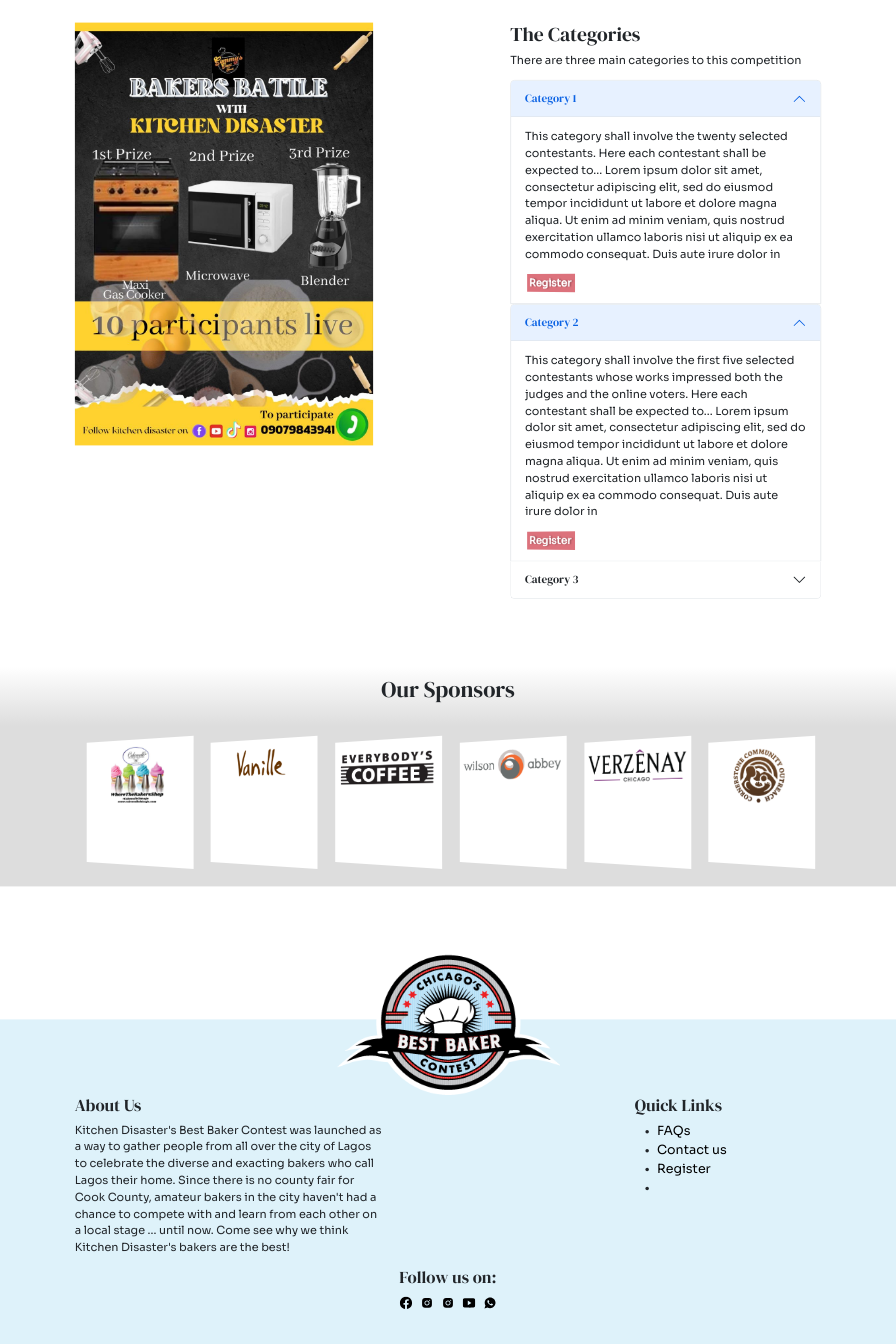
Repository: sarahnnanyelugo/bakers-battle
Page: /
These files come from the project's save history. The page is drawn as it stood at one moment and after the next save; the edit follows.
The browser window is 1280 px wide. The pictures show the part of the page from y = 2076 to 3996 px (the page is 3996 px tall), at 70% of full size.
The project was rebuilt for these pictures with package versions that can differ from the ones it lists, and the page was loaded fresh each time. Also part of the build but not shown: src/components/ScreenSlide/slide.scss, src/components/ScreenSlide/ScreenSlide.js.

Above is the page before, as saved 2024-07-09 20:56:10.

### src/App.js
import logo from "./logo.svg";
import "./App.scss";
import "bootstrap/dist/css/bootstrap.min.css";
import { BrowserRouter, Routes, Route, Link, Outlet } from "react-router-dom";
import { Home } from "./pages/Home/Home";
import { Navbar } from "./components/Navbar/Navbar";
import { Footer } from "./components/Footer/Footer";
function App() {
  return (
    <>
      <Navbar />
      <Routes>
        <Route path="/" element={<Home />} />{" "}
      </Routes>
      <Footer />
    </>
  );
}

export default App;

### src/App.scss
.app-btn {
  color: #fff;
  background: #dc727c;
  padding: 5px 30px;
  border-radius: 10px;
  border: solid 4px #dc727c;
  font-size: 30px;
  &:hover {
    color: #dc727c;
    background: #fff;
    transition: 0.5s ease;
  }
}

.button-92 {
  --c: #fff;

  background: linear-gradient(90deg, #0000 33%, #fff5, #0000 67%)
      var(--_p, 100%) / 300% no-repeat,
    #dc727c;

  color: #0000;
  border: none;
  transform: perspective(500px) rotateY(calc(20deg * var(--_i, -1)));
  text-shadow: calc(var(--_i, -1) * 0.08em) -0.01em 0 var(--c),
    calc(var(--_i, -1) * -0.08em) 0.01em 2px #0004;
  outline-offset: 0.1em;
  transition: 0.3s;
}

.button-92:hover,
.button-92:focus-visible {
  --_p: 0%;
  --_i: 1;
}

.button-92:active {
  text-shadow: none;
  color: var(--c);
  box-shadow: inset 0 0 9e9Q #0005;
  transition: 0s;
}

.button-92 {
  font-weight: bold;
  font-size: 2rem;
  margin: 0;
  cursor: pointer;
  padding: 0.1em 0.3em;
}

.button-48 {
  appearance: none;
  background-color: #ffffff;
  border-width: 0;
  box-sizing: border-box;
  color: #000000;
  cursor: pointer;
  display: inline-block;
  font-size: 14px;
  font-weight: 500;
  letter-spacing: 0;
  line-height: 1em;
  margin: 0;
  opacity: 1;
  outline: 0;
  padding: 1.5em 4px;
  position: relative;
  text-align: center;
  text-decoration: none;
  text-rendering: geometricprecision;
  text-transform: uppercase;
  transition: opacity 300ms cubic-bezier(0.694, 0, 0.335, 1),
    background-color 100ms cubic-bezier(0.694, 0, 0.335, 1),
    color 100ms cubic-bezier(0.694, 0, 0.335, 1);
  user-select: none;
  -webkit-user-select: none;
  touch-action: manipulation;
  vertical-align: baseline;
  white-space: nowrap;
}

.button-48:before {
  animation: opacityFallbackOut 0.5s step-end forwards;
  backface-visibility: hidden;
  background-color: #ebebeb;
  clip-path: polygon(-1% 0, 0 0, -25% 100%, -1% 100%);
  content: "";
  height: 100%;
  left: 0;
  position: absolute;
  top: 0;
  transform: translateZ(0);
  transition: clip-path 0.5s cubic-bezier(0.165, 0.84, 0.44, 1),
    -webkit-clip-path 0.5s cubic-bezier(0.165, 0.84, 0.44, 1);
  width: 100%;
}

.button-48:hover:before {
  animation: opacityFallbackIn 0s step-start forwards;
  clip-path: polygon(0 0, 101% 0, 101% 101%, 0 101%);
}

.button-48:after {
  background-color: #ffffff;
}

.button-48 span {
  z-index: 1;
  position: relative;
}
@font-face {
  font-family: SoraM;
  src: url(./assets/fonts/sora/Sora-Medium.ttf);
}
@font-face {
  font-family: SoraB;
  src: url(./assets/fonts/sora/Sora-Bold.ttf);
}
@font-face {
  font-family: SoraEB;
  src: url(./assets/fonts/sora/Sora-ExtraBold.ttf);
}
@font-face {
  font-family: SoraR;
  src: url(./assets/fonts/sora/Sora-Regular.ttf);
}
@font-face {
  font-family: SoraSB;
  src: url(./assets/fonts/sora/Sora-SemiBold.ttf);
}
@font-face {
  font-family: SoraL;
  src: url(./assets/fonts/sora/Sora-Light.ttf);
}
@font-face {
  font-family: SerifR;
  src: url(./assets/fonts/serif/DMSerifDisplay-Regular.ttf);
}
@font-face {
  font-family: SerifI;
  src: url(./assets/fonts/serif/DMSerifDisplay-Italic.ttf);
}
h1,
h2,
h3,
h4,
h5,
h6 {
  font-family: SerifR;
}

p,
li,
a,
small {
  font-family: SoraR;
}
button {
  font-family: SoraSB;
}

### src/components/Navbar/Navbar.js
import React, { useState } from "react";
import "./navbar.scss";
import Logo from "../../assets/images/logo.png";
import Flier from "../../assets/images/flier2.jpeg";
export const Navbar = () => {
  const [isOpen, setIsOpen] = useState(false);
  const [hoveredElement, setHoveredElement] = useState(null);

  const toggleMenu = () => {
    setIsOpen(!isOpen);
  };

  const handleMouseEnter = (index) => {
    setHoveredElement(index);
  };

  const handleMouseLeave = () => {
    setHoveredElement(null);
  };

  return (
    <>
      <div style={{ height: "30px", background: "#DC727C" }} />
      <div style={{ height: "10px", background: "#DEF2FA" }} />
      <main>
        <img
          className="img"
          src={Logo}
          alt="Scholar"
          width="164px"
          height="110px"
        />
        <center>
          {" "}
          <h1 style={{ color: "#7BD6F5", fontSize: "90px" }}>
            <em>BAKERS BATTLE!</em>
          </h1>
        </center>

        <input type="checkbox" id="myInput" />
        <label for="myInput" className="offset-md-11 tog">
          <span class="bar top"></span>
          <span class="bar middle"></span>
          <span class="bar bottom"></span>
        </label>

        <aside>
          <div class="aside-section aside-left col-md-4">
            <div class="aside-content">
              <img
                className="img col-md-12 offset-md-"
                src={Flier}
                alt="Scholar"
                width="100%"
              />
            </div>
          </div>
          <div class="aside-section aside-right col-md-8">
            <ul class="aside-list">
              <li>
                <a href="" class="aside-anchor">
                  HOME
                </a>
              </li>
              <li>
                <a href="" class="aside-anchor">
                  ABOUT
                </a>
              </li>
              <li>
                <a href="" class="aside-anchor">
                  FAQs
                </a>
              </li>
              <li>
                <a href="" class="aside-anchor">
                  SPONSORS
                </a>
              </li>{" "}
              <li>
                <a href="" class="aside-anchor">
                  CONTACT
                </a>
              </li>
              <li>
                <a href="" class="aside-anchor">
                  REGISTER
                </a>
              </li>
            </ul>
          </div>
        </aside>
      </main>
    </>
  );
};

### src/components/Footer/Footer.js
import React from "react";
import "./footer.scss";
import Logo from "../../assets/images/logo.png";
import { Link } from "react-router-dom";
import { FaFacebook } from "react-icons/fa";
import { AiFillInstagram } from "react-icons/ai";
import { IoLogoYoutube } from "react-icons/io";
import { IoLogoWhatsapp } from "react-icons/io";

export const Footer = () => {
  return (
    <footer>
      <center>
        <div className="col-md-3">
          <img className="img" src={Logo} alt="Scholar" width="100%" />
        </div>
      </center>{" "}
      <div className="d-flex col-md-10 offset-md-1">
        <div className="col-md-5">
          <h4>About Us</h4>
          <p>
            Kitchen Disaster's Best Baker Contest was launched as a way to
            gather people from all over the city of Lagos to celebrate the
            diverse and exacting bakers who call Lagos their home. Since there
            is no county fair for Cook County, amateur bakers in the city
            haven't had a chance to compete with and learn from each other on a
            local stage ... until now. Come see why we think Kitchen Disaster's
            bakers are the best!
          </p>
        </div>
        <div className="col-md-2 offset-md-4">
          <h4>Quick Links</h4>
          <ul className="media-links">
            <li>
              <Link to={"/"}>FAQs</Link>
            </li>{" "}
            <li>
              <Link to={"/"}>Contact us</Link>
            </li>{" "}
            <li>
              <Link to={"/"}>Register</Link>
            </li>{" "}
            <li>
              <Link to={"/"}></Link>
            </li>
          </ul>
        </div>
      </div>
      <center>
        <h4>Follow us on:</h4>
        <ul className="list-inline">
          <li className="list-inline-item">
            <Link to={"/"}>
              <FaFacebook />
            </Link>
          </li>{" "}
          <li className="list-inline-item">
            <Link to={"/"}>
              <AiFillInstagram />
            </Link>
          </li>{" "}
          <li className="list-inline-item">
            <Link to={"/"}>
              <AiFillInstagram />
            </Link>
          </li>{" "}
          <li className="list-inline-item">
            <Link to={"/"}>
              <IoLogoYoutube />
            </Link>
          </li>{" "}
          <li className="list-inline-item">
            <Link to={"/"}>
              <IoLogoWhatsapp />
            </Link>
          </li>
        </ul>
      </center>
    </footer>
  );
};

### src/pages/Home/home.scss
.home-div {
  height: 700px;
  //   background: url("../../assets/images/landing.webp");
  background: url("../../assets/images/landing4.jpg");
  margin-top: -800px;
  background-size: cover;
  background-repeat: no-repeat;
  background-position: center;
}
.about-div {
  margin-top: 100px;
}

.sponsors-div {
  margin-top: 80px;
  padding-top: 30px;
  padding-bottom: 30px;
  background: rgb(255, 255, 255);
  background: linear-gradient(
    180deg,
    rgba(255, 255, 255, 1) 5%,
    rgba(221, 221, 221, 1) 31%
  );
  .sponsors {
    padding-top: 10px;
    margin-top: 45px;
    height: 180px;
    background: #fff;
    background: linear-gradient(90deg, #0000 33%, #fff5, #0000 67%)
        var(--_p, 100%) / 300% no-repeat,
      #fff;
    transform: perspective(500px) rotateY(calc(20deg * var(--_i, -1)));
    text-shadow: calc(var(--_i, -1) * 0.08em) -0.01em 0 var(--c),
      calc(var(--_i, -1) * -0.08em) 0.01em 2px #0004;
    outline-offset: 0.1em;
    &:hover {
      --_p: 0%;
      --_i: 1;
    }
  }
}

### src/components/Navbar/navbar.scss
@import url("https://fonts.googleapis.com/css?family=Montserrat");

main {
  height: 800px;
  position: relative;
  overflow: hidden;
}

.aside-section {
  top: 0;
  bottom: 0;
  position: absolute;
}

.aside-left {
  display: none;
  width: 40%;
  left: 0;
  background: #dc727c;

  -webkit-transform: translateY(-100%);
  -moz-transform: translateY(-100%);
  -ms-transform: translateY(-100%);
  -o-transform: translateY(-100%);
  transform: translateY(-100%);
  transition: transform 0.9s ease-in-out;
}

.aside-right {
  width: 100%;
  right: 0;
  background-color: #def2fa;
  -webkit-transform: translateX(100%);
  -moz-transform: translateX(100%);
  -ms-transform: translateX(100%);
  -o-transform: translateX(100%);
  transform: translateX(100%);
  transition: transform 0.9s ease-in-out;
}

.aside-list {
  list-style: none;
  padding: 0;
  margin: 0;
  margin-top: 150px;
  text-align: left;
  padding-left: 50px;
}

.aside-content {
  //   margin-top: 150px;
  padding: 0 40px;
  position: relative;
  color: white;
  text-align: center;
}

.aside-list li {
  margin-bottom: 20px;
}

.aside-anchor::after {
  content: "";
  position: absolute;
  bottom: 0;
  background-color: #ff5964;
  left: 0;
  right: 0;
  height: 6px;
  border-radius: 6px;
}

.aside-anchor::before {
  border-radius: 3px;
  content: "";
  position: absolute;
  bottom: 0;
  background-color: rgb(9, 1, 1);
  left: 0;
  height: 6px;
  z-index: 1;
  width: 50%;
  -webkit-transition: transform 0.2s ease-in-out;
  -o-transition: transform 0.2s ease-in-out;
  transition: transform 0.2s ease-in-out;
}

.aside-anchor:hover:before {
  -webkit-transform: translateX(100%);
  -moz-transform: translateX(100%);
  -ms-transform: translateX(100%);
  -o-transform: translateX(100%);
  transform: translateX(100%);
}

.aside-anchor {
  padding-bottom: 7px;
  color: rgb(14, 14, 14);
  text-decoration: none;
  font-size: 30px;
  position: relative;
  font-weight: 500;
}

input[type="checkbox"] {
  display: none;
}

input[type="checkbox"]:checked ~ aside .aside-left {
  transform: translateY(0%);
}

input[type="checkbox"]:checked ~ aside .aside-right {
  transform: translateX(0%);
}

input[type="checkbox"]:checked ~ label .bar {
  background-color: #fff;
}

input[type="checkbox"]:checked ~ label .top {
  -webkit-transform: translateY(0px) rotateZ(45deg);
  -moz-transform: translateY(0px) rotateZ(45deg);
  -ms-transform: translateY(0px) rotateZ(45deg);
  -o-transform: translateY(0px) rotateZ(45deg);
  transform: translateY(0px) rotateZ(45deg);
}

input[type="checkbox"]:checked ~ label .bottom {
  -webkit-transform: translateY(-15px) rotateZ(-45deg);
  -moz-transform: translateY(-15px) rotateZ(-45deg);
  -ms-transform: translateY(-15px) rotateZ(-45deg);
  -o-transform: translateY(-15px) rotateZ(-45deg);
  transform: translateY(-15px) rotateZ(-45deg);
}

input[type="checkbox"]:checked ~ label .middle {
  width: 0;
}

.middle {
  margin: 0 auto;
}

label {
  top: 40px;
  display: inline-block;
  padding: 10px 10px;
  background-color: transparent;
  cursor: pointer;
  margin: 10px;
  z-index: 3;
  position: fixed;
}

.bar {
  display: block;
  background-color: #fff;
  width: 30px;
  height: 3px;
  border-radius: 5px;
  margin: 5px auto;
  transition: background-color 0.4s ease-in, transform 0.4s ease-in,
    width 0.4s ease-in;
}

@media (min-width: 992px) {
  h1 {
    font-size: 40px;
  }
  .aside-left {
    display: block;
  }

  .aside-right {
    width: 60%;
  }
}
.tog {
  height: 50px;
  width: 50px;
  border: solid 1px #be3520;
  background: #be3520;
  border-radius: 50%;
}

### src/components/Footer/footer.scss
footer {
  background: #def2fa;
  //   padding-top: 30px;
  padding-bottom: 30px;
  margin-top: 190px;
  img {
    margin-top: -100px;
  }
  a {
    color: #000;
    text-decoration: none;
    font-size: 18px;
  }
  .medialinks {
    font-size: 30px;
  }
}

Loaded but not shown: public/index.html (common file); src/index.js (common file); src/index.css (common file); src/reportWebVitals.js (common file); src/pages/Home/Home.js (291 lines, source omitted)

After the next save:
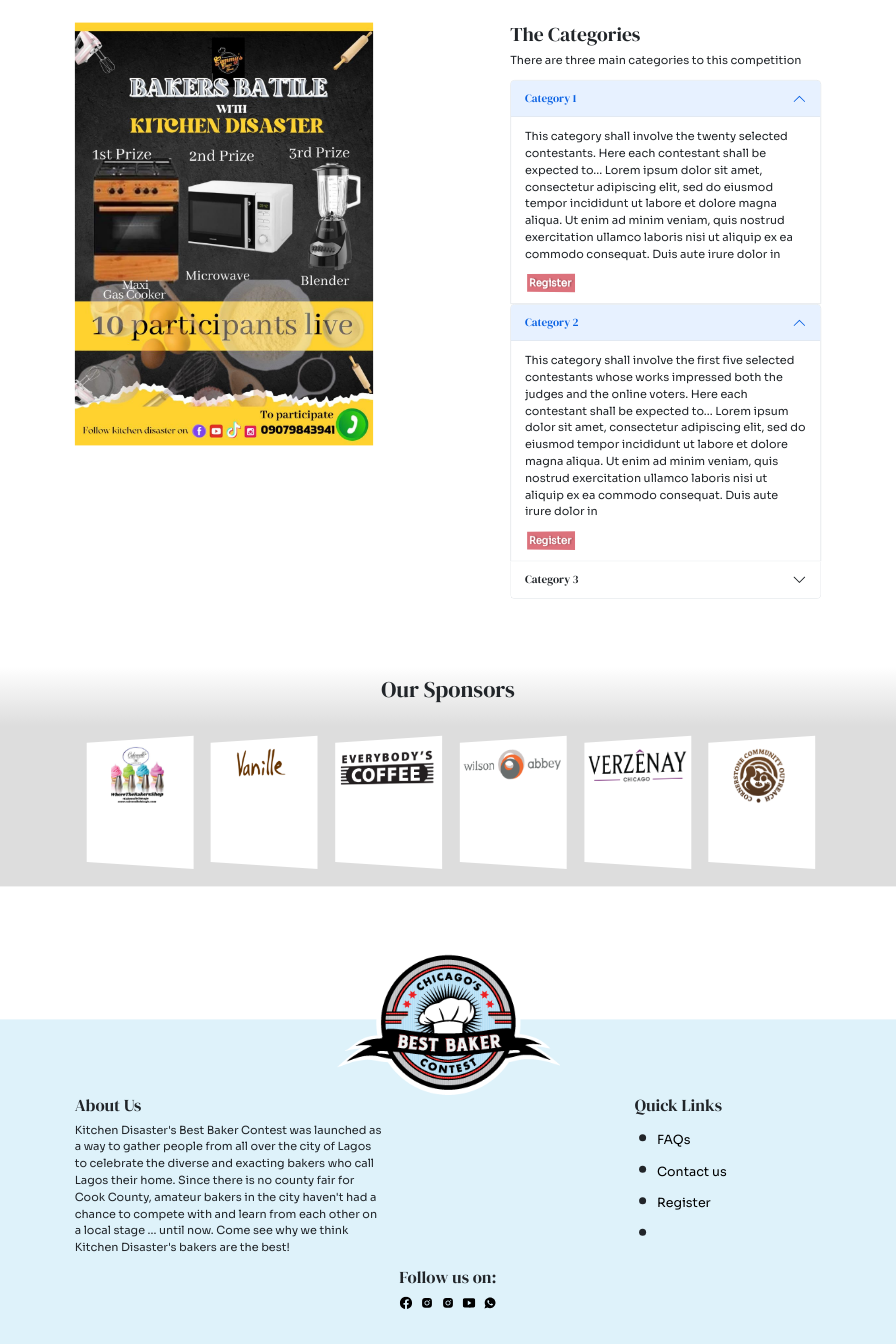
Saved 21 s later.
--- a/src/components/Footer/footer.scss
+++ b/src/components/Footer/footer.scss
@@ -11,7 +11,7 @@
     text-decoration: none;
     font-size: 18px;
   }
-  .medialinks {
+  .media-links {
     font-size: 30px;
   }
 }

After the save that followed:
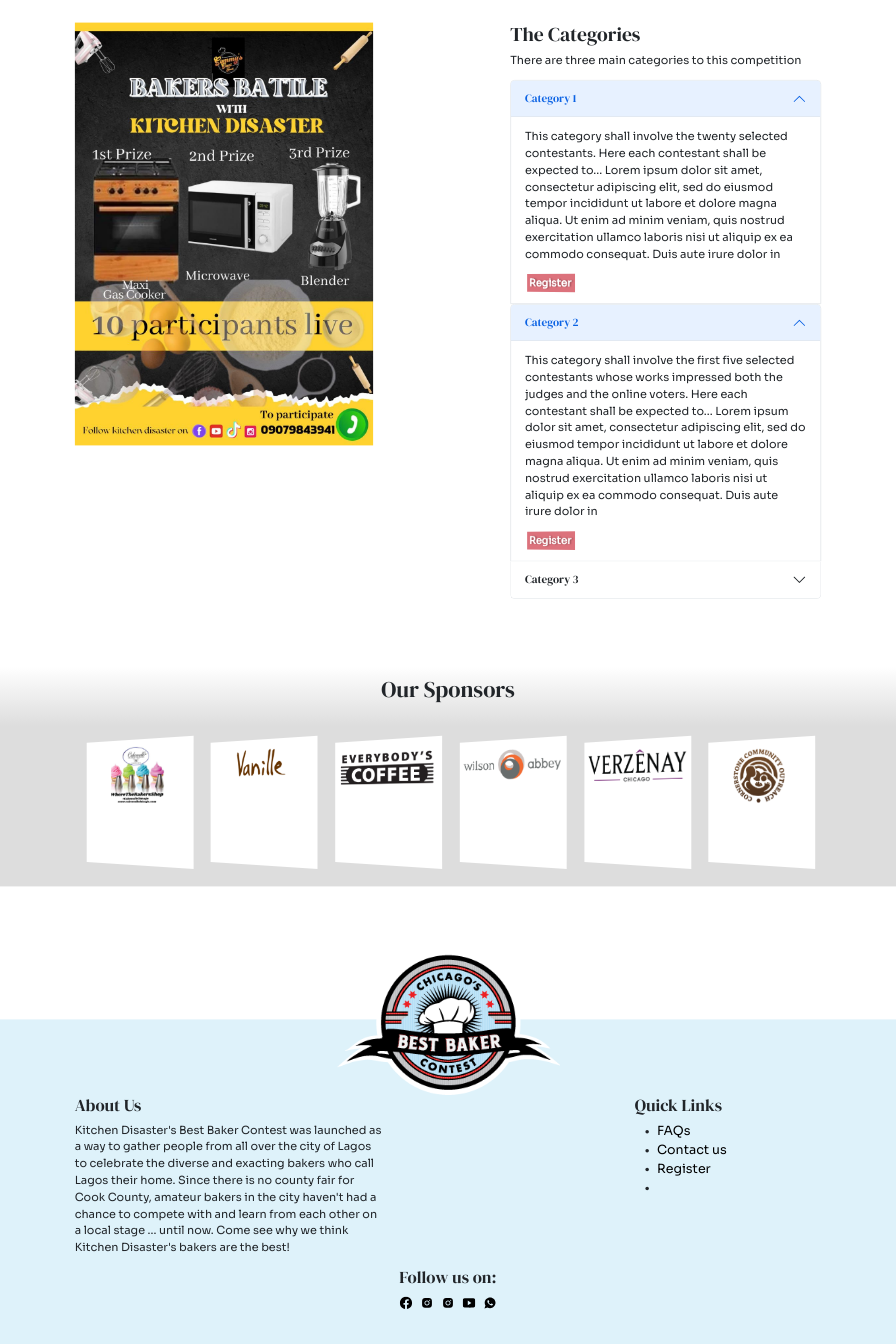
Saved 18 s later.
--- a/src/components/Footer/footer.scss
+++ b/src/components/Footer/footer.scss
@@ -12,6 +12,8 @@
     font-size: 18px;
   }
   .media-links {
-    font-size: 30px;
+    ul li {
+      font-size: 0px;
+    }
   }
 }
